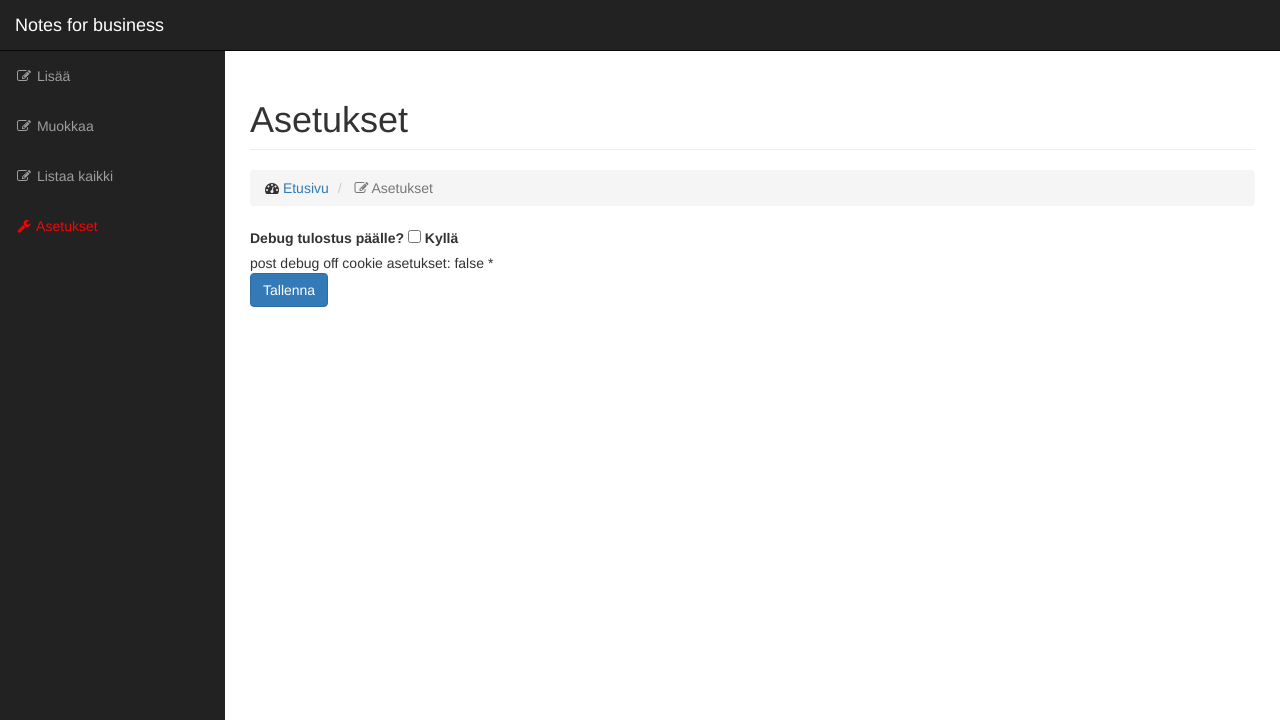
Repository: TommiKurjensalo/php
Page: http://localhost/asetukset.php
These files come from the project's save history. The page is drawn as it stood at one moment and after the next save; the edit follows.
The browser window is 1280 px wide. The pictures show the whole page.
The page is run by PHP 8.4 with error messages shown; the project is at /var/www/html/.

Above is the page before, as saved 2017-04-21 19:55:56.

After the next save:
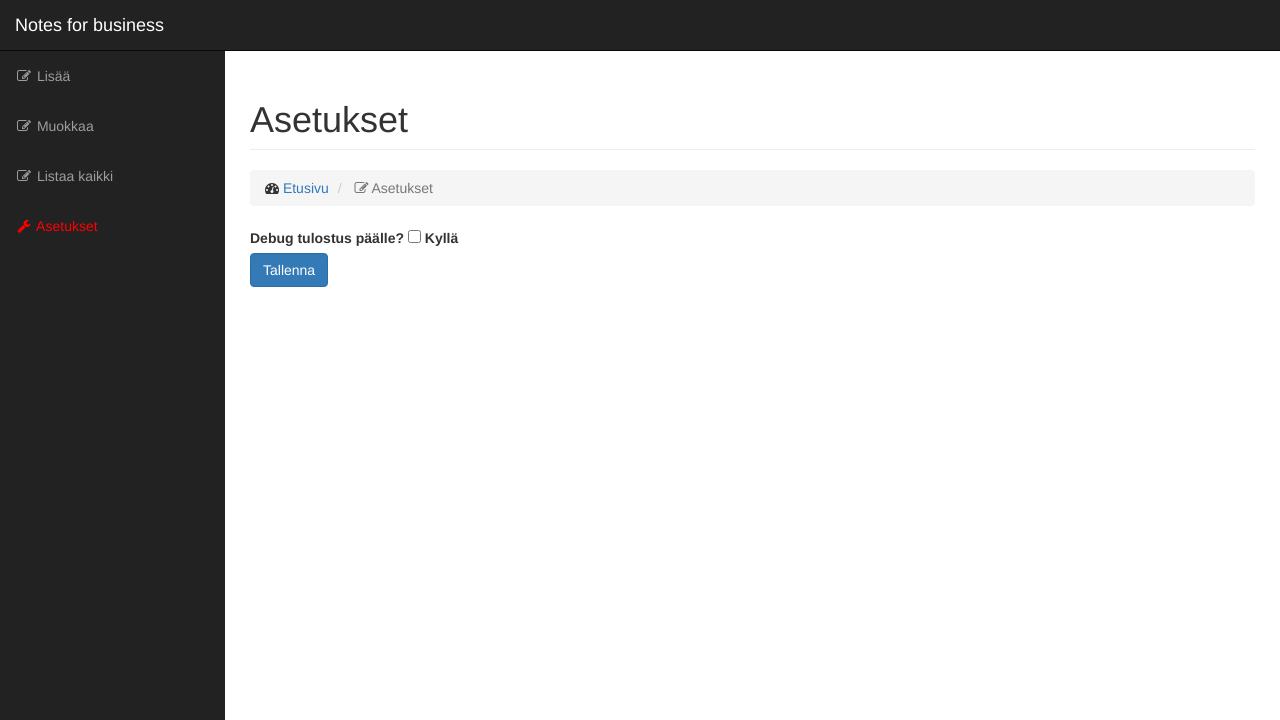
Saved 55 s later.
--- a/sivut/asetukset.php
+++ b/sivut/asetukset.php
@@ -64,8 +64,8 @@
 
 		$asetukset = $_COOKIE["isDebug"];
 		echo (isset($_COOKIE["isDebug"]) ?
-		"<div style='padding-left:300px;'>" .var_dump($asetukset)."</div>".
-		"<div style='padding-left:300px;'>else isset cookie debug sisältö: " .$_COOKIE["isDebug"]. "</div>":'');
+		"<div style='padding-left:300px;'>" .var_dump($asetukset).
+		" else isset cookie debug sisältö: " .$_COOKIE["isDebug"]. "</div>":'');
 
 	} elseif (isset ( $_SESSION ["asetukset"] )) {
 		$asetukset=$_SESSION ["asetukset"];
@@ -176,11 +176,6 @@
 	                                	<?php echo ((isset($_COOKIE["isDebug"]) && $asetukset !==null) ? ' checked' : ''); ?> /> Kyllä</label>
 	                                </div>
 
-			<?php   echo (isset($_POST["debug"]) ? ' post debug on' : ' post debug off'); ?>
-					<?php echo 'cookie asetukset: ' .(isset($_COOKIE["isDebug"]) ? $_COOKIE["isDebug"] : 'false'). ' *'; ?>
-
-					<!--  echo 'sessio&cookie asetukset: ' .(isset($_SESSION["asetukset"]) && isset($_COOKIE["isDebug"]) ? $_COOKIE["isDebug"] : 'false'). ' *'; -->
-
 
                           	<div class="form-group">
 
